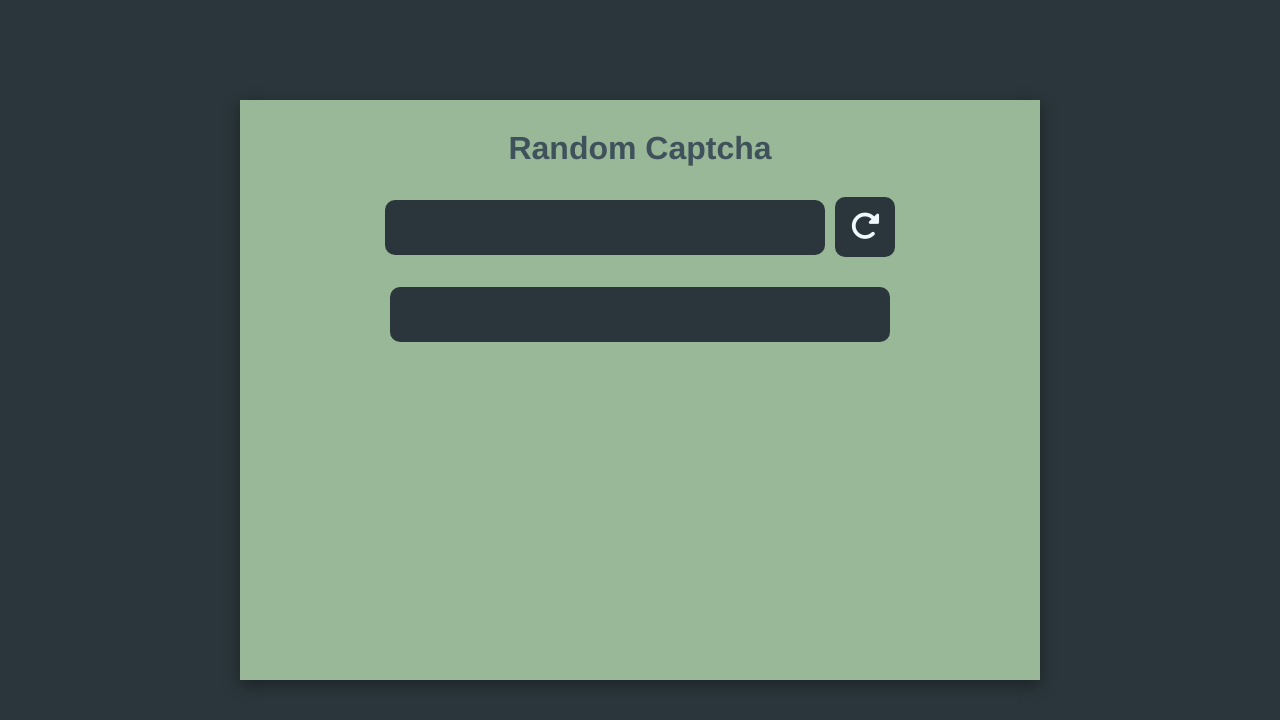
Repository: Aditya0377/Assignments
Page: Assignment/javascript practise/captcha.html
The author's editor kept a copy of each file at every save. The page is drawn from the files as they stood at one save, then again after the next save.
The browser window is 1280 px wide. The pictures show the whole page.
Some web libraries are served in a nearby version.

Above is the page before, as saved 2024-03-29 17:19:36.

After the next save:
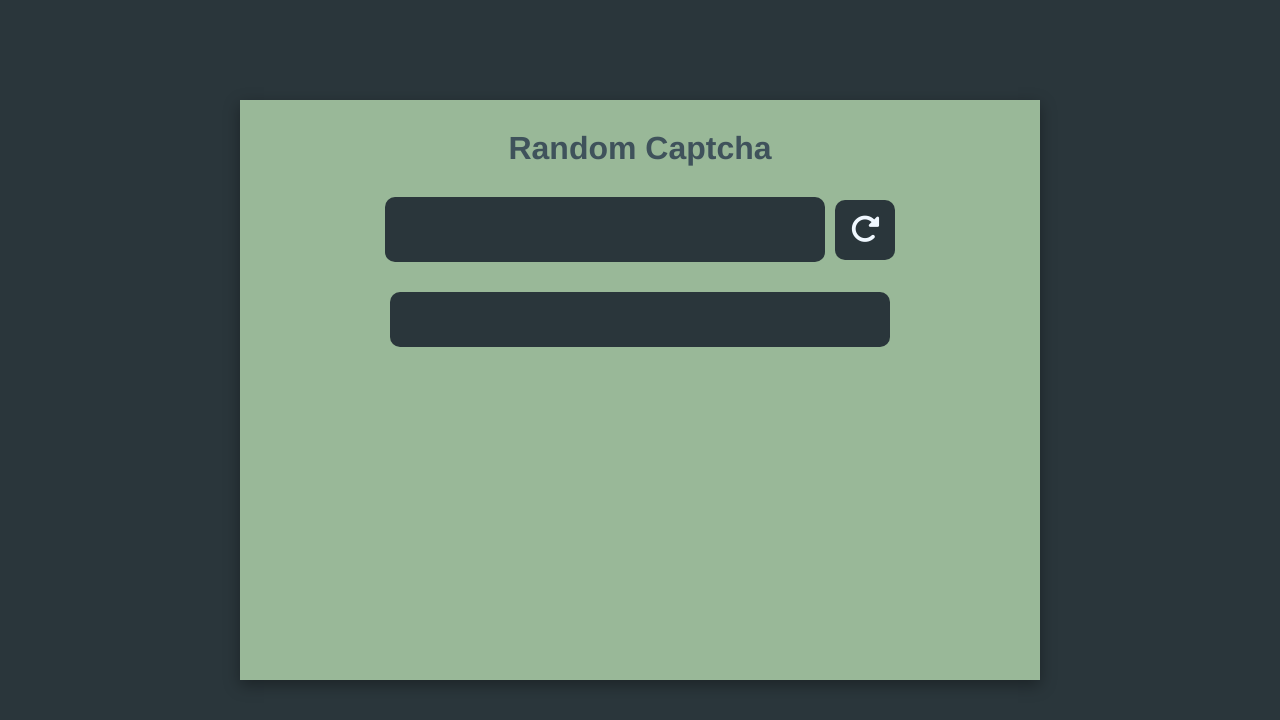
Saved 12 s later.
--- a/Assignment/javascript practise/captcha.html
+++ b/Assignment/javascript practise/captcha.html
@@ -45,7 +45,7 @@
         .output {
             margin-top: 30px;
             width: 400px;
-            height: 15px;
+            height: 25px;
             border-radius: 10px;
             background-color: #2a363b;
             font-size: 30px;
